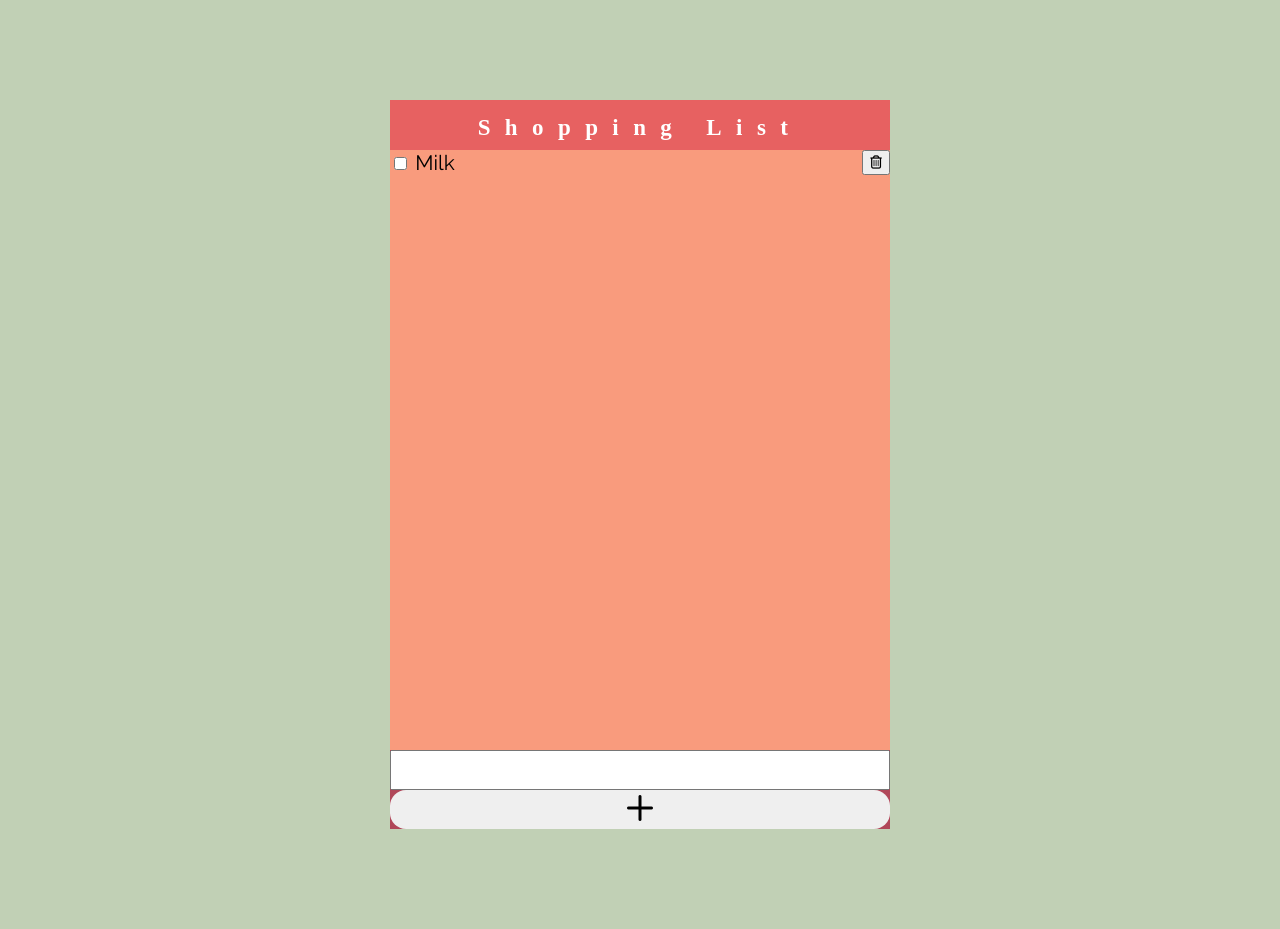
Repository: sephinejo/shopping-list-app
Page: index.html
These files come from the project's save history. The page is drawn as it stood at one moment and after the next save; the edit follows.
The browser window is 1280 px wide. The pictures show the whole page.
Some web fonts or font styles are not loaded; a fallback is used. Some web libraries are served in a nearby version.

Above is the page before, as saved 2023-05-12 11:01:41.

After the next save:
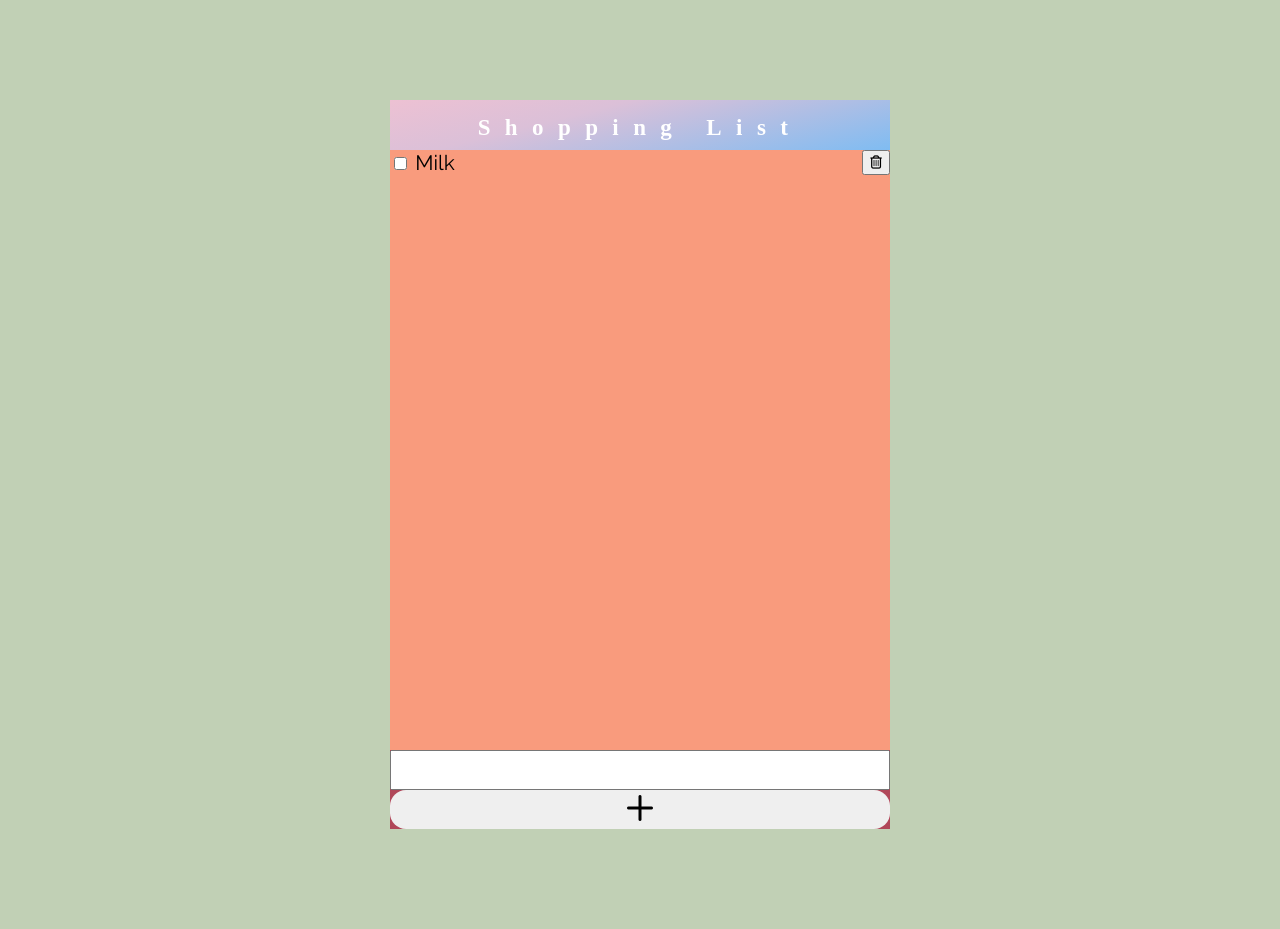
Saved 50 s later.
--- a/style.css
+++ b/style.css
@@ -22,7 +22,14 @@ body {
   font-weight: 700;
   color: white;
   letter-spacing: 0.9rem;
-  background: #e76161;
+  /* background: #e76161; */
+  background: rgba(237, 193, 211);
+  background: linear-gradient(
+    166deg,
+    rgba(237, 193, 211, 1) 0%,
+    rgba(219, 192, 216, 1) 35%,
+    rgba(127, 188, 242, 1) 100%
+  );
 }
 
 ul {

After the save that followed:
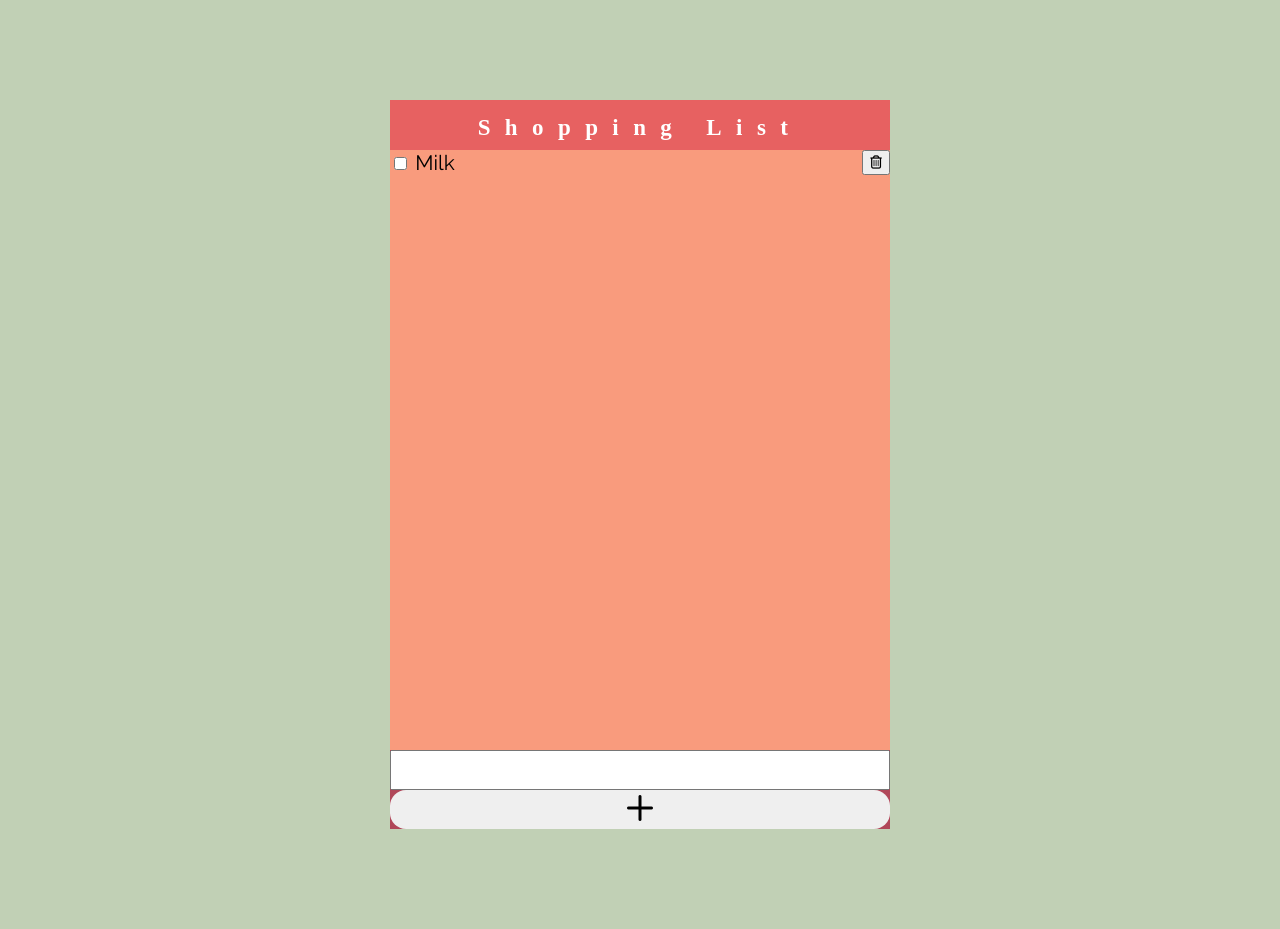
Saved 15 s later.
--- a/style.css
+++ b/style.css
@@ -22,14 +22,7 @@ body {
   font-weight: 700;
   color: white;
   letter-spacing: 0.9rem;
-  /* background: #e76161; */
-  background: rgba(237, 193, 211);
-  background: linear-gradient(
-    166deg,
-    rgba(237, 193, 211, 1) 0%,
-    rgba(219, 192, 216, 1) 35%,
-    rgba(127, 188, 242, 1) 100%
-  );
+  background: #e76161;
 }
 
 ul {
